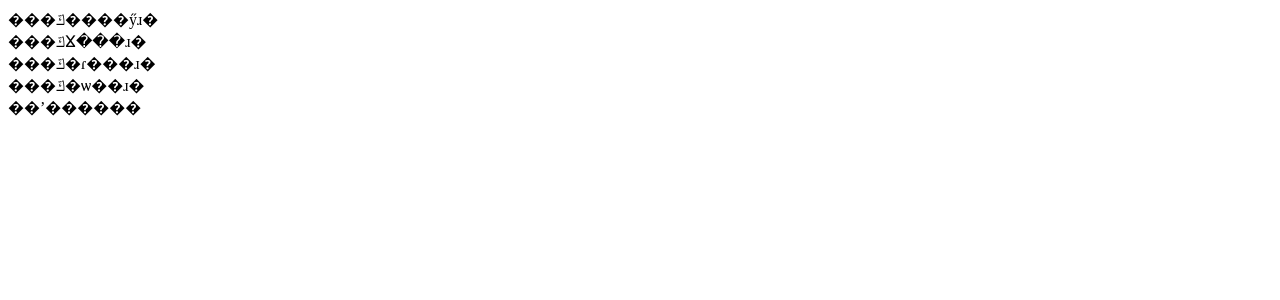
Repository: ZxxWs/P_M_learn
Page: http://localhost/
The author's editor kept a copy of each file at every save. The page is drawn from the files as they stood at one save, then again after the next save.
The browser window is 1280 px wide. The pictures show the whole page.
The page is run by PHP 8.4 with error messages shown; the project is at /var/www/html/.

Above is the page before, as saved 2019-03-11 09:34:52.

### Mysql_learn/index.php
<?php

//MySQL在PHP中的方法：mysqli_function(value,value1....)

//************************************************************
//连接MySQL：
$host='localhost:3306';                    //可选，主机名|IP
$username='root';          //可选，MySQL用户名
$password;          //可选，MySQL密码
$dbname;            //可选，默认数据库
$port;                  //端口号
$socket;            //规定socket
$conn=mysqli_connect($host,$username);
//mysqli_close($link);//关闭与于数据库的连接
if($conn)
    echo "数据库连接成功";
echo "<br />";

//************************************************************
//创建数据库
$create="create database phpcreat";
$createdatabase=mysqli_query($conn, $create);
if($createdatabase)
    echo "数据库创建成功";
echo "<br />";

//删除数据库
$drop="drop database phpcreat";
$drop=mysqli_query($conn, $drop);
if($drop)
    echo "数据库删除成功";
echo "<br />";


//************************************************************
//选择数据库
$dbname="test";
$select=mysqli_select_db($conn, $dbname);
if($select)
    echo "数据库选择成功";
echo "<br />";


//************************************************************
//创建表
echo "开始创建表";
$table="crete table phptable(id int)";
$createtable=mysqli_query($conn, $table);
if($createtable)
    echo "创建表：“id”成功";
echo "<br />";

//删除表
$droptable="drop table phptable";
$droptablea=mysqli_query($conn, $droptable);
if($droptablea)
    echo "删除表“id”成功";
echo "<br/>";

After the next save:
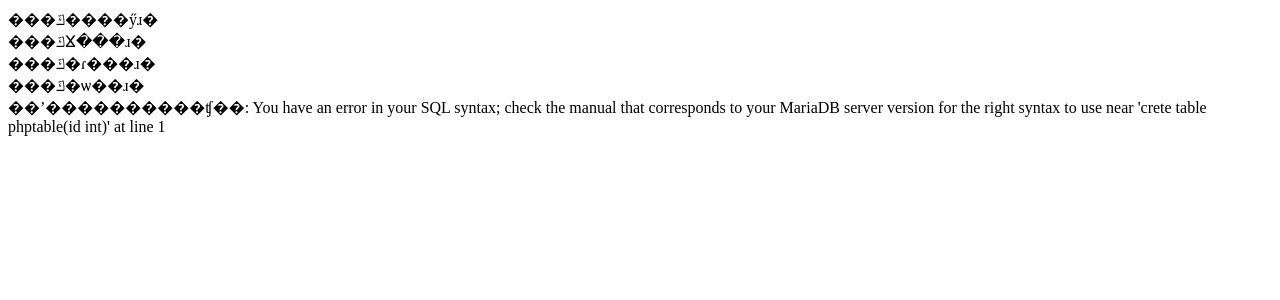
Saved 43 s later.
--- a/Mysql_learn/index.php
+++ b/Mysql_learn/index.php
@@ -48,6 +48,9 @@ $table="crete table phptable(id int)";
 $createtable=mysqli_query($conn, $table);
 if($createtable)
     echo "创建表：“id”成功";
+else{
+    die('连接失败: ' . mysqli_error($conn));
+}
 echo "<br />";
 
 //删除表
